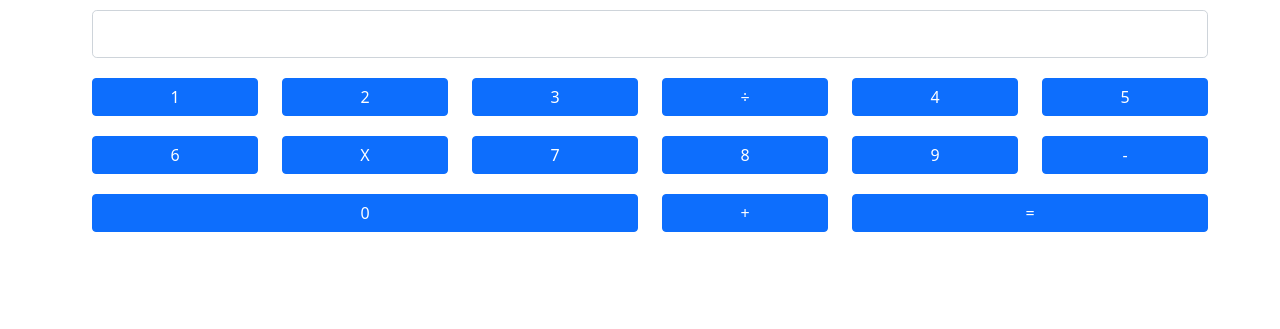
Repository: jsakdalan/CalculatorReactTypescript
Page: /
The author's editor kept a copy of each file at every save. The page is drawn from the files as they stood at one save, then again after the next save.
The browser window is 1280 px wide. The pictures show the whole page.
The project was rebuilt for these pictures with package versions that can differ from the ones it lists, and the page was loaded fresh each time. Also part of the build but not shown: src/App.css.

Above is the page before, as saved 2022-06-07 16:17:24.

### src/App.tsx
import  Calculator from './pages/Calculator';
import './App.css';
import 'bootstrap/dist/css/bootstrap.min.css'

export default function App() {

  return(
    <Calculator/>
  )
}

### src/pages/Calculator.tsx
import React from 'react';
import Col from 'react-bootstrap/Col';
import Container from 'react-bootstrap/Container';
import Row from 'react-bootstrap/Row';
import Button from 'react-bootstrap/Button';
import InputGroup from 'react-bootstrap/InputGroup';
import FormControl from 'react-bootstrap/FormControl';
import './Calculator.css'

export default function TextEditor(){

    interface Screen{
        styling: string;
    }

    interface Buttons {
        styling: string;
        btnNumber: string;
    }

    const Screen = (props:Screen) => {
        return(
            <InputGroup size="lg" className={props.styling}>
                    <FormControl
      aria-label="Default"
      aria-describedby="inputGroup-sizing-default"
    />
            </InputGroup>
        )
    }

    const Buttons = (props:Buttons) => {
        return(
            <Button className={props.styling}>
                {props.btnNumber}
            </Button>
        )
    }

    return(
        <>
            <Container className="container">
                <Row>
                    <Col><Screen styling="screen"/></Col>
                </Row>
                <Row>
                        <Col md={2}><Buttons styling="numerical" btnNumber="1"/></Col>
                        <Col md={2}><Buttons styling="numerical" btnNumber="2"/></Col>
                        <Col md={2}><Buttons styling="numerical" btnNumber="3"/></Col>
                        <Col md={2}><Buttons styling="operational" btnNumber="&#247;"/></Col>

                        <Col md={2}><Buttons styling="numerical" btnNumber="4"/></Col>
                        <Col md={2}><Buttons styling="numerical" btnNumber="5"/></Col>
                        <Col md={2}><Buttons styling="numerical" btnNumber="6"/></Col>
                        <Col md={2}><Buttons styling="operational" btnNumber="X"/></Col>

                        <Col md={2}><Buttons styling="numerical" btnNumber="7"/></Col>
                        <Col md={2}><Buttons styling="numerical" btnNumber="8"/></Col>
                        <Col md={2}><Buttons styling="numerical" btnNumber="9"/></Col>
                        <Col md={2}><Buttons styling="operational" btnNumber="-"/></Col>

                        <Col md={6}><Buttons styling="numerical" btnNumber="0"/></Col>
                        <Col md={2}><Buttons styling="numerical" btnNumber="+"/></Col>

                        <Col md={4}><Buttons styling="numerical" btnNumber="="/></Col>
                </Row>
            </Container>
        </>
    )
}

### src/pages/Calculator.css
.container{
    width: 700px;
    display: flex;
    flex-direction: column;
}

.screen{
    width: 100%;
    margin: 10px;
}

.numerical{
    width: 100%;
    margin: 10px;
}

.operational{
    width: 100%;
    margin: 10px;
}

Loaded but not shown: public/index.html (common file); src/index.tsx (common file); src/index.css (common file); src/reportWebVitals.ts (common file)

After the next save:
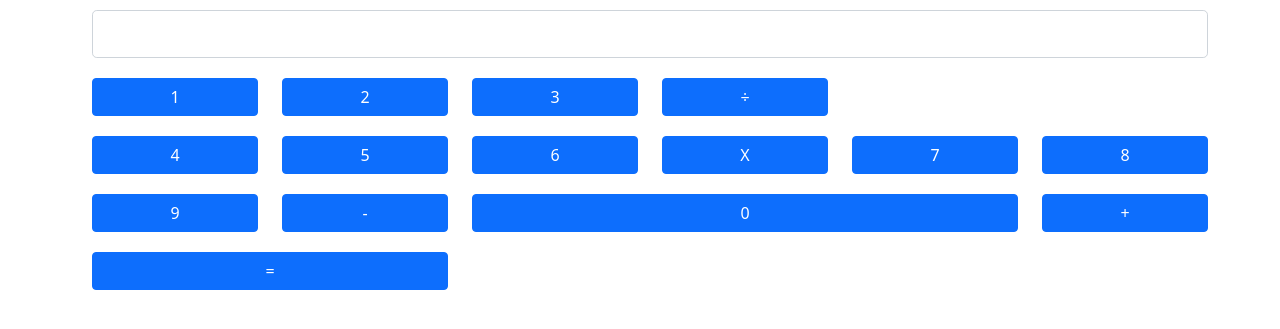
Saved 2 min 6 s later.
--- a/src/pages/Calculator.tsx
+++ b/src/pages/Calculator.tsx
@@ -43,12 +43,15 @@ export default function TextEditor(){
                 <Row>
                     <Col><Screen styling="screen"/></Col>
                 </Row>
-                <Row>
+                    <Col>
+                    <Row>
                         <Col md={2}><Buttons styling="numerical" btnNumber="1"/></Col>
                         <Col md={2}><Buttons styling="numerical" btnNumber="2"/></Col>
                         <Col md={2}><Buttons styling="numerical" btnNumber="3"/></Col>
                         <Col md={2}><Buttons styling="operational" btnNumber="&#247;"/></Col>
-
+                    </Row>
+                    </Col>
+                    <Row>
                         <Col md={2}><Buttons styling="numerical" btnNumber="4"/></Col>
                         <Col md={2}><Buttons styling="numerical" btnNumber="5"/></Col>
                         <Col md={2}><Buttons styling="numerical" btnNumber="6"/></Col>
@@ -61,7 +64,7 @@ export default function TextEditor(){
 
                         <Col md={6}><Buttons styling="numerical" btnNumber="0"/></Col>
                         <Col md={2}><Buttons styling="numerical" btnNumber="+"/></Col>
-
+                    <Row/>
                         <Col md={4}><Buttons styling="numerical" btnNumber="="/></Col>
                 </Row>
             </Container>
